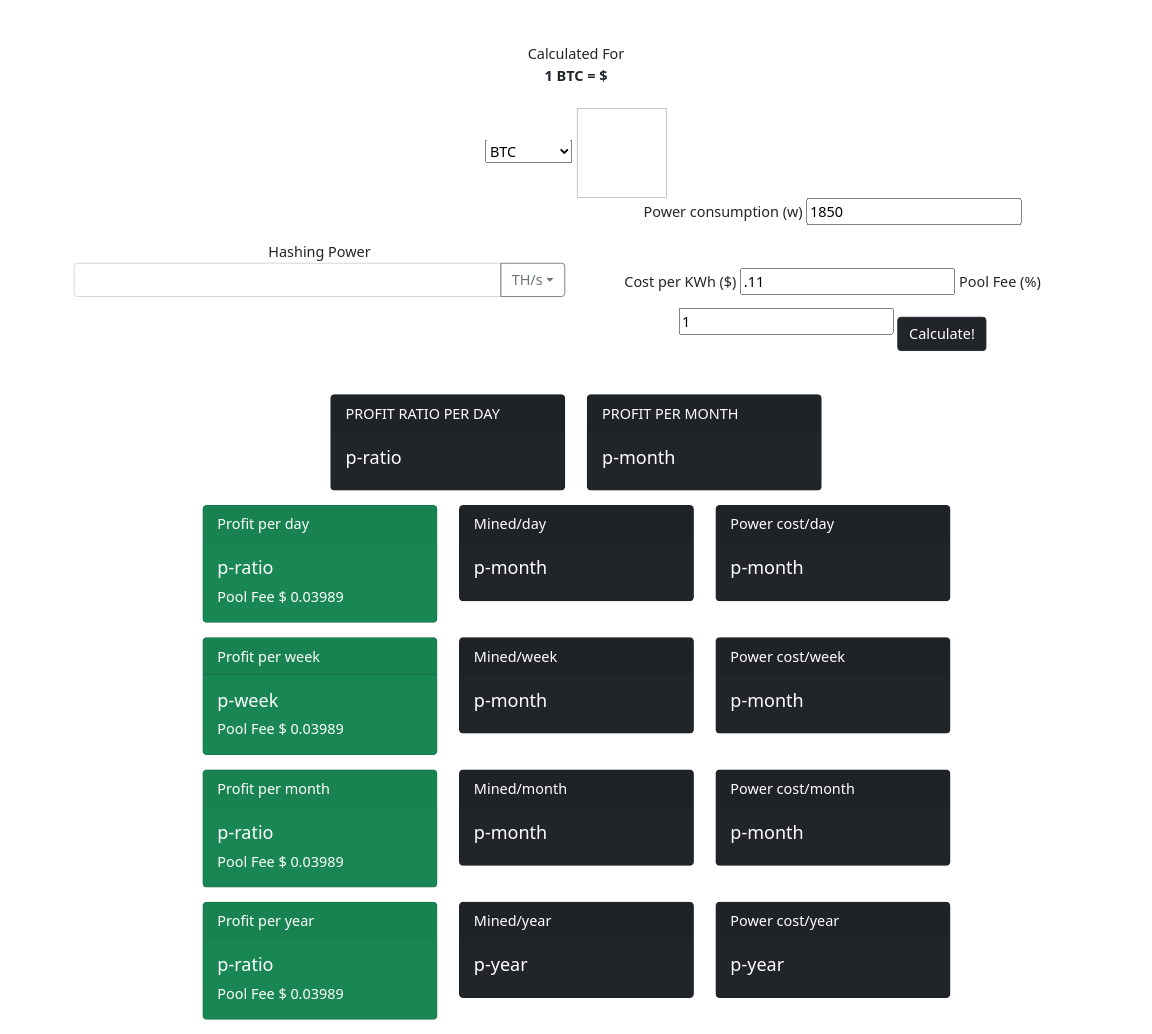
Repository: ibrkhalil/calculator
Page: index.html
The author's editor kept a copy of each file at every save. The page is drawn from the files as they stood at one save, then again after the next save.
The browser window is 1280 px wide. The pictures show the whole page, at 90% of full size.
The page's requests for data from a server got no answer.

Above is the page before, as saved 2021-10-20 11:54:09.

After the next save:
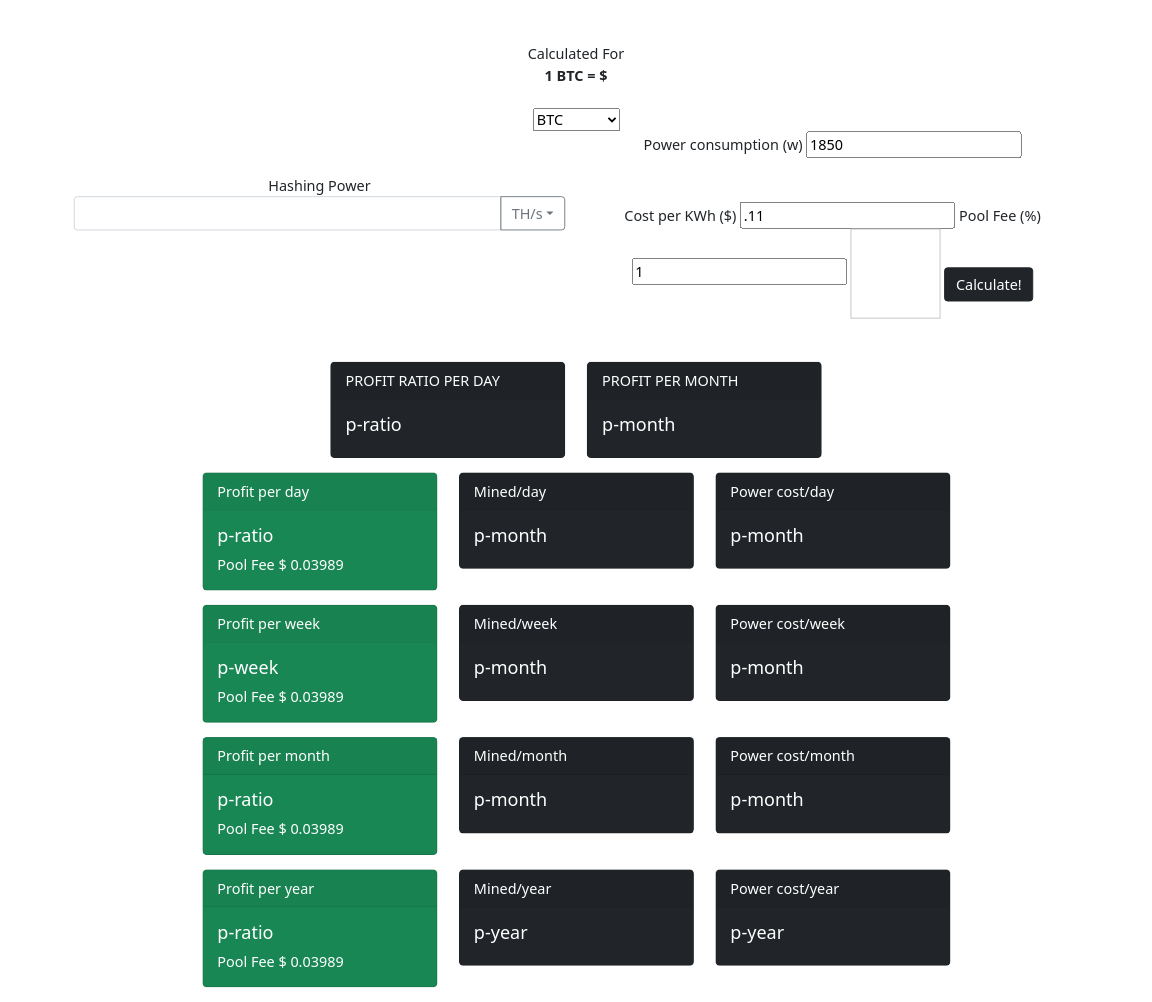
Saved 14 s later.
--- a/index.html
+++ b/index.html
@@ -27,7 +27,7 @@
                             <option value="LiteCoin">LiteCoin</option>
                             <option value="DogeCoin">DogeCoin</option>
                         </select>
-                        <img id="iconImg" width="100" height="100" />
+
                     </div>
                     <div class="col-md-6">
                         <div class="mt-5 justify-content-center ">
@@ -68,6 +68,7 @@
                             Pool Fee (%)
                         </label>
                         <input type="text" name="pool" id="pool" value="1" />
+                        <img id="iconImg" width="100" height="100" />
                         <button type="submit" class="btn mt-4 btn-dark">Calculate!</button>
                     </div>
                 </div>
